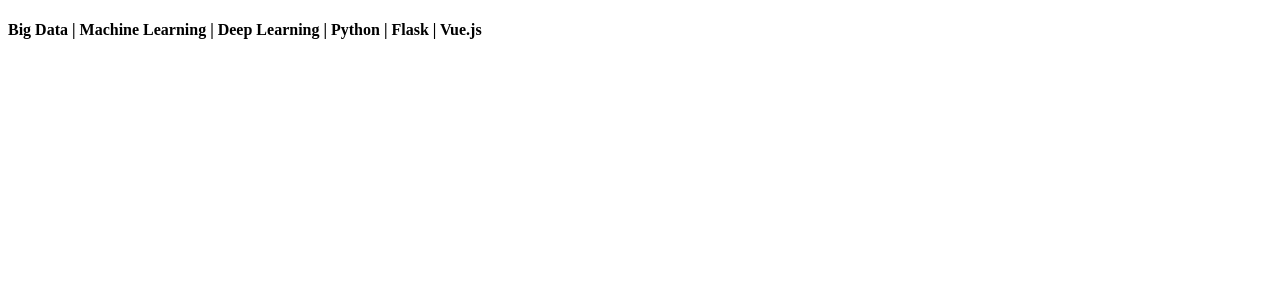
Repository: Migorithm/front_work
Page: http://localhost/front08_JQueryUI/company.jsp
These files come from the project's save history. The page is drawn as it stood at one moment and after the next save; the edit follows.
The browser window is 1280 px wide. The pictures show the whole page.
The page is served by Tomcat 9.

Above is the page before, as saved 2021-09-08 01:16:01.

After the next save:
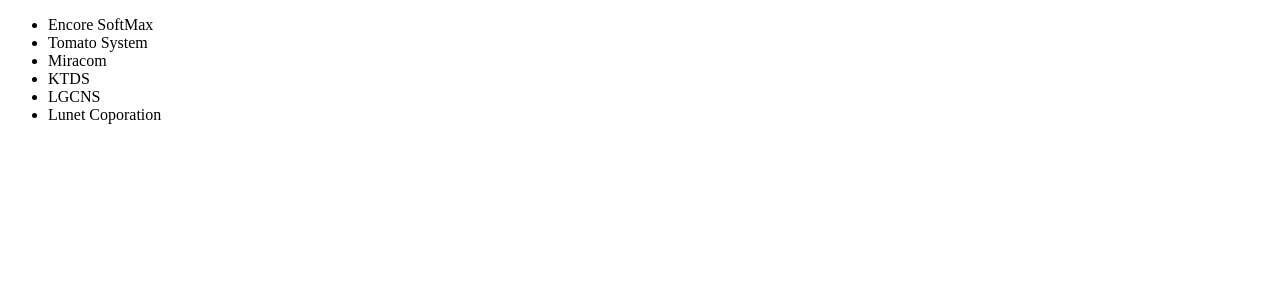
Saved 77 s later.
--- a/front08_JQueryUI/src/main/webapp/company.jsp
+++ b/front08_JQueryUI/src/main/webapp/company.jsp
@@ -7,6 +7,13 @@
 <title>Insert title here</title>
 </head>
 <body>
-<h4><b>Big Data | Machine Learning | Deep Learning | Python | Flask | Vue.js</b></h4>
+<ul>
+	<li>Encore SoftMax</li>
+	<li>Tomato System</li>
+	<li>Miracom</li>
+	<li>KTDS</li>
+	<li>LGCNS</li>
+	<li>Lunet Coporation</li>
+</ul>
 </body>
 </html>
